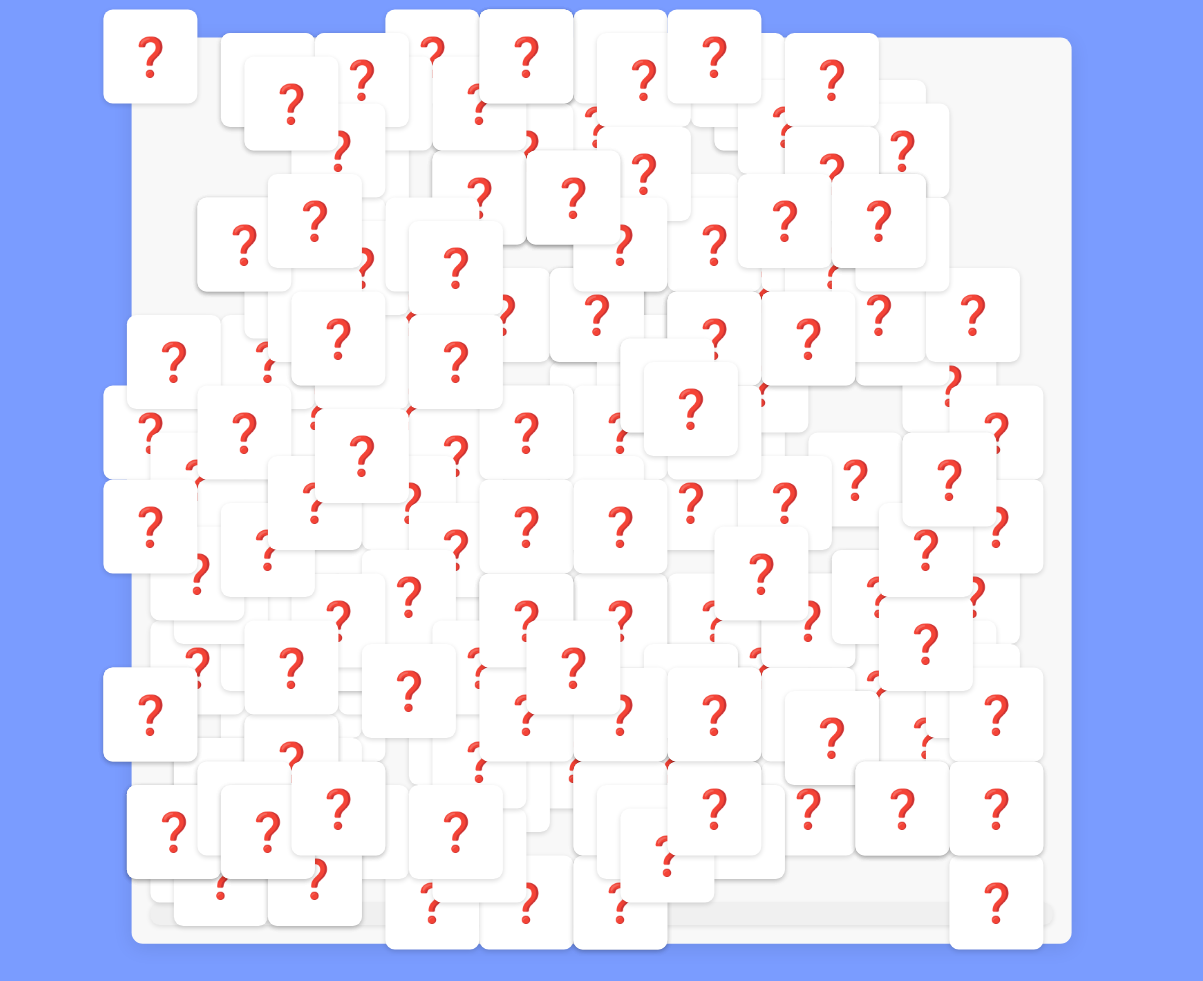
Repository: Avril-Cui/hack-puzzle
Page: / (app in client/)
An editor plug-in stored every save of this project. The page is shown before and after the next save, followed by the edit.
The browser window is 1280 px wide. The pictures show the whole page, at 94% of full size.
The project was rebuilt for these pictures with package versions that can differ from the ones it lists, and the page was loaded fresh each time. The framework's server and built-in components were replaced by stand-ins that run in the browser. Also part of the build but not shown: client/next.config.ts.

Above is the page before, as saved 2025-06-11 19:31:52.

### client/app/page.tsx
import Game from "../components/Game";

export default function Home() {
  return (
    <div>
      <Game />
    </div>
  );
}

### client/app/globals.css
@import "tailwindcss";

:root {
  --background: #7A9CFF;
}

@theme inline {
  --color-background: var(--background);
  --color-foreground: var(--foreground);
  --font-sans: var(--font-geist-sans);
  --font-mono: var(--font-geist-mono);
}

@media (prefers-color-scheme: dark) {
  :root {
    --background: #7A9CFF;
  }
}

body {
  background: var(--background);
  color: var(--foreground);
  font-family: Arial, Helvetica, sans-serif;
}

### client/components/Game.tsx
"use client";
import React, { useEffect, useState } from "react";
import styles from "./Game.module.css";

interface Tile {
  id: string;
  x: number;
  y: number;
  z: number;
  status: number;
  isCover: boolean;
  iconName: string;
}

const CELL_SIZE = 100;
const ICONS = ["🍀", "🌈", "⚙️", "🐏", "🐯", "🐤", "📚", "🧠", "💻", "🐼"];

const PuzzleGame: React.FC = () => {
  const [tiles, setTiles] = useState<Tile[]>([]);
  const [queue, setQueue] = useState<Tile[]>([]);

  useEffect(() => {
    fetch("/scene.json")
      .then((res) => res.json())
      .then((data) => {
        setTiles(data);
      });
  }, []);

  const handleClick = (tile: Tile) => {
    if (tile.isCover || tile.status !== 0 || queue.length >= 7) return;
    setQueue((prev) => [...prev, tile]);
    setTiles((prev) =>
      prev.map((t) => (t.id === tile.id ? { ...t, status: 1 } : t))
    );
  };

  const getEmoji = (iconName: string): string => {
    const index = parseInt(iconName.replace("icon_", ""));
    return ICONS[index] || "❓";
  };

  return (
    <div className={styles.gameContainer}>
      <div className={styles.tileBoard}>
        {tiles.map((tile) => (
          <div
            key={tile.id}
            className={`${styles.tile} ${tile.isCover ? styles.covered : ""}`}
            style={{
              left: tile.x,
              top: tile.y,
              zIndex: tile.z,
            }}
            onClick={() => handleClick(tile)}
          >
            <div
              className={styles.tileInner}
              style={{ opacity: tile.status < 2 ? 1 : 0 }}
            >
              {getEmoji(tile.iconName)}
            </div>
          </div>
        ))}
      </div>

      <div className={styles.queueBar}>
        {queue.map((tile) => (
          <div key={tile.id} className={styles.queueTile}>
            {getEmoji(tile.iconName)}
          </div>
        ))}
      </div>
    </div>
  );
};

export default PuzzleGame;

### client/components/Game.module.css
.gameContainer {
    position: relative;
    width: 1000px;
    margin: 40px auto;
    background-color: #f8f8f8; /* light neutral instead of green */
    padding: 20px;
    border-radius: 12px;
    box-shadow: 0 4px 20px rgba(0, 0, 0, 0.1);
  }

  .tileBoard {
    position: relative;
    width: 1000px;
    height: 900px;
    background-color: transparent; /* remove green board background */
  }

  .tile {
    position: absolute;
    width: 100px;
    height: 100px;
    background: white;
    border-radius: 10px;
    font-size: 40px;
    display: flex;
    align-items: center;
    justify-content: center;
    transition: transform 0.2s ease, opacity 0.3s ease;
    box-shadow: 0 2px 6px rgba(0, 0, 0, 0.15);
    cursor: pointer;
  }

  .covered {
    background: #ccc;
    opacity: 0.4;
    pointer-events: none;
  }

  .queueBar {
    margin-top: 0em;
    display: flex;
    justify-content: center;
    gap: 12px;
    padding: 12px;
    background: #f0f0f0;
    border-radius: 10px;
    box-shadow: 0 2px 6px rgba(0, 0, 0, 0.1);
  }

  .queueTile {
    width: 100px;
    height: 100px;
    background: white;
    border-radius: 10px;
    font-size: 40px;
    display: flex;
    align-items: center;
    justify-content: center;
    box-shadow: 0 2px 6px rgba(0, 0, 0, 0.1);
  }

Loaded but not shown: client/app/layout.tsx (common file); client/public/scene.json (2162 lines, source omitted)

After the next save:
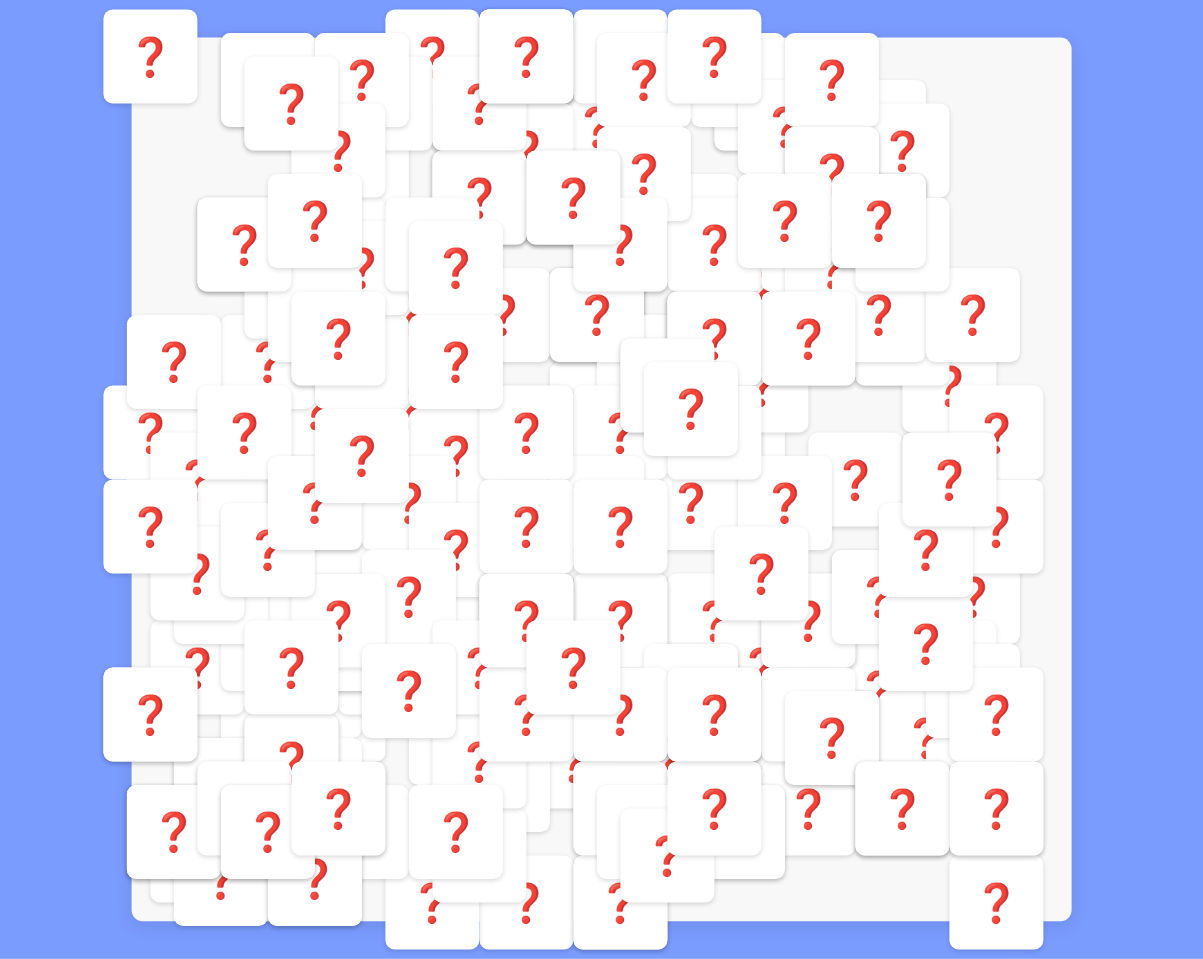
Saved 8 s later.
--- a/client/components/Game.tsx
+++ b/client/components/Game.tsx
@@ -64,13 +64,13 @@
         ))}
       </div>
 
-      <div className={styles.queueBar}>
+      {/* <div className={styles.queueBar}>
         {queue.map((tile) => (
           <div key={tile.id} className={styles.queueTile}>
             {getEmoji(tile.iconName)}
           </div>
         ))}
-      </div>
+      </div> */}
     </div>
   );
 };

After the save that followed:
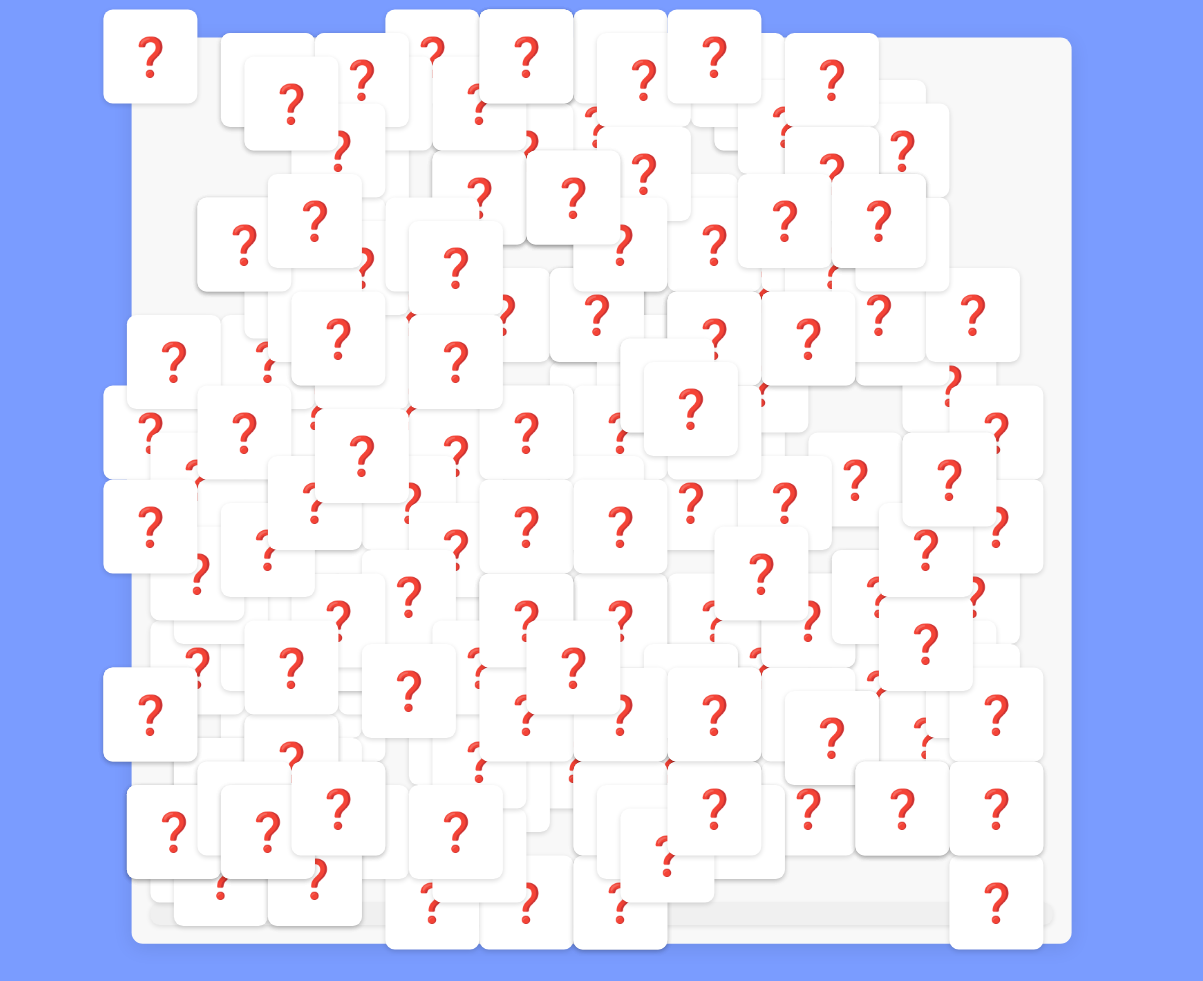
Saved 27 s later.
--- a/client/components/Game.tsx
+++ b/client/components/Game.tsx
@@ -64,13 +64,13 @@
         ))}
       </div>
 
-      {/* <div className={styles.queueBar}>
+      <div className={styles.queueBar}>
         {queue.map((tile) => (
           <div key={tile.id} className={styles.queueTile}>
             {getEmoji(tile.iconName)}
           </div>
         ))}
-      </div> */}
+      </div>
     </div>
   );
 };
